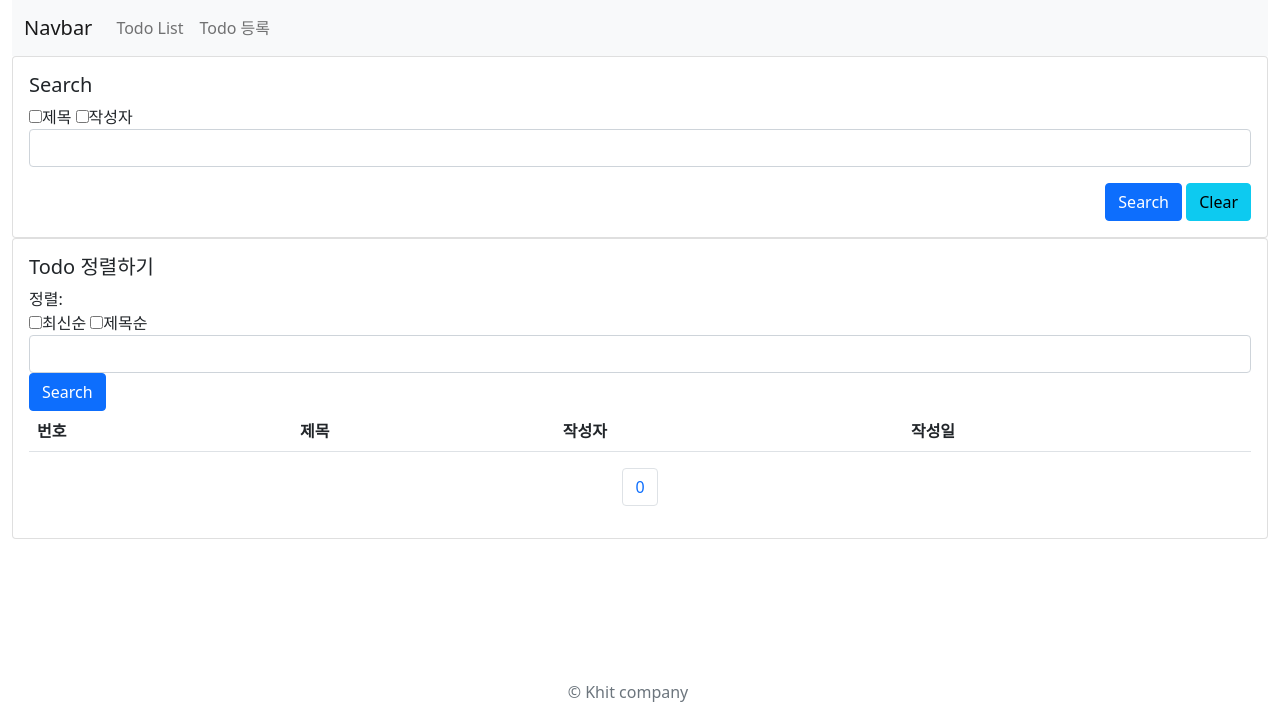
Repository: KyoungHwanJeong/springworks
Page: http://localhost/todoweb/WEB-INF/views/todo/list_sort.jsp
The author's editor kept a copy of each file at every save. The page is drawn from the files as they stood at one save, then again after the next save.
The browser window is 1280 px wide. The pictures show the whole page.
The page is served by Tomcat 9. Nobody is signed in. Other server files are loaded and not shown. The template is opened directly, without the code that normally fills it, so the values that code supplies are empty.

Above is the page before, as saved 2024-01-10 03:21:06.

### todoweb/src/main/webapp/WEB-INF/views/todo/list_sort.jsp
<%@ page language="java" contentType="text/html; charset=UTF-8"
    pageEncoding="UTF-8"%>
<%@ taglib uri="http://java.sun.com/jsp/jstl/core" prefix="c" %>
<%@ taglib uri="http://java.sun.com/jsp/jstl/fmt" prefix="fmt" %>

<!DOCTYPE html>
<html>
<head>
<meta charset="UTF-8">
<title>Todo 정렬하기</title>
</head>
<body>
	<div class="container-fluid">
		<jsp:include page="../layout/header.jsp" />
		<!-- 검색 영역 -->
		<div class="row content">
			<div class="col">
				<div class="card">
					<div class="card-body">
						<h5 class="card-title">Search</h5>
						<form action="/todo/paging" method="get">
							<div class="mb-3">
								<input type="checkbox" name="types" value="t">제목
								<input type="checkbox" name="types" value="w">작성자
								<input type="text" name="keyword" class="form-control">
							</div>
							<div class="mb-3">
								<div class="float-end">
									<button type="submit" class="btn btn-primary">Search</button>
									<button type="reset" class="btn btn-info">Clear</button>
								</div>
							</div>
						</form>
					</div>
				</div>
			</div>
		</div>

		<!-- 본문 영역 -->
		<div class="row content">
			<div class="col">
				<div class="card">
					<div class="card-body">
						<h5 class="card-title">Todo 정렬하기</h5>
							<form action="/todo/list_sort" method="get" class="list_sort">
								<div>
								<label>정렬: </label>
								<div>
								<input type="checkbox" name="sorts" value="recent">최신순
								<input type="checkbox" name="sorts" value="popular">제목순
								<input type="text" name="keyword2" class="form-control">
								</div>
								<div>
									<button type="submit" class="btn btn-primary">Search</button>

								</div>

								<!-- <select type="name" name="sort" class="sort">
									<option type="name" value="recent">최신순</option>
									<option type="name" value="popular">제목순</option>
								</select>
								<input type="submit" value="정렬하기"> -->
								</div>
							</form>
						<table class="table">
							<thead>
								<tr>
									<th>번호</th><th>제목</th><th>작성자</th><th>작성일</th>
								</tr>
							</thead>
							<tbody>
								<c:forEach items="${responseDTO.dtoList}" var="todo">
								<tr>
									<td>${todo.tno}</td>
									<td><a href="/todo?tno=${todo.tno}&page=${responseDTO.page}">${todo.title}</a></td>
									<td>${todo.writer}</td>
									<td><fmt:formatDate value="${todo.createdDate}" pattern="yyyy년  MM월 dd일 HH:mm:ss" /></td>
								</tr>
								</c:forEach>
							</tbody>

						</table>

						<!-- 페이징 처리 -->
						<div class ="d-flex justify-content-center">
							<ul class="pagination flex-wrap">
								<!-- 이전 페이지 -->
								<c:if test="${responseDTO.prev}">
									<li class="page-item">
										<a class="page-link" href="/todo/paging?page=${responseDTO.startPage-1}">Previous</a>
									</li>
								</c:if>

								<!-- 페이지 번호 -->
								<c:forEach var="num" begin="${responseDTO.startPage}" end="${responseDTO.endPage}">
									<li class="page-item ${responseDTO.page eq num ? 'active' : '' }" >
										<a href="/todo/paging?page=${num}" class="page-link">${num}</a>
									</li>
								</c:forEach>

								<!-- 다음 페이지 -->
								<c:if test="${responseDTO.next}">
									<li class="page-item">
										<a class="page-link" href="/todo/paging?page=${responseDTO.endPage+1}">Next</a>
									</li>
								</c:if>
							</ul>
						</div><!-- 페이징 처리 -->
					</div>
				</div>
			</div>
		</div>	<!-- 본문 영역 닫기 -->
		<jsp:include page="../layout/footer.jsp"></jsp:include>
	</div>
</body>
</html>

### todoweb/src/main/webapp/WEB-INF/views/layout/header.jsp
<%@ page language="java" contentType="text/html; charset=UTF-8"
    pageEncoding="UTF-8"%>
<%@ taglib uri="http://java.sun.com/jsp/jstl/core" prefix="c" %>
<link href="https://cdn.jsdelivr.net/npm/bootstrap@5.1.3/dist/css/bootstrap.min.css" rel="stylesheet" integrity="sha384-1BmE4kWBq78iYhFldvKuhfTAU6auU8tT94WrHftjDbrCEXSU1oBoqyl2QvZ6jIW3" crossorigin="anonymous">
<script src="https://cdn.jsdelivr.net/npm/bootstrap@5.1.3/dist/js/bootstrap.bundle.min.js" integrity="sha384-ka7Sk0Gln4gmtz2MlQnikT1wXgYsOg+OMhuP+IlRH9sENBO0LRn5q+8nbTov4+1p" crossorigin="anonymous"></script>
<header>
<nav class="navbar navbar-expand-lg navbar-light bg-light">
  <div class="container-fluid">
    <a class="navbar-brand" href="/">Navbar</a>
    <button class="navbar-toggler" type="button" data-bs-toggle="collapse" data-bs-target="#navbarSupportedContent" aria-controls="navbarSupportedContent" aria-expanded="false" aria-label="Toggle navigation">
      <span class="navbar-toggler-icon"></span>
    </button>
    <div class="collapse navbar-collapse" id="navbarSupportedContent">
      <ul class="navbar-nav me-auto mb-2 mb-lg-0">
        <li class="nav-item">
          <a class="nav-link" href="/todo/paging">Todo List</a>
        </li>
        <li class="nav-item">
          <a class="nav-link" href="/todo/register">Todo 등록</a>
        </li>
      </ul>
    </div>
  </div>
</nav>

</header>

### todoweb/src/main/webapp/WEB-INF/views/layout/footer.jsp
<%@ page language="java" contentType="text/html; charset=UTF-8"
    pageEncoding="UTF-8"%>
<div class="row footer">
	<div class="row fixed-bottom">
		<footer>
			<p class="text-center text-muted">&copy; Khit company</p>
		</footer>
	</div>
</div>

After the next save:
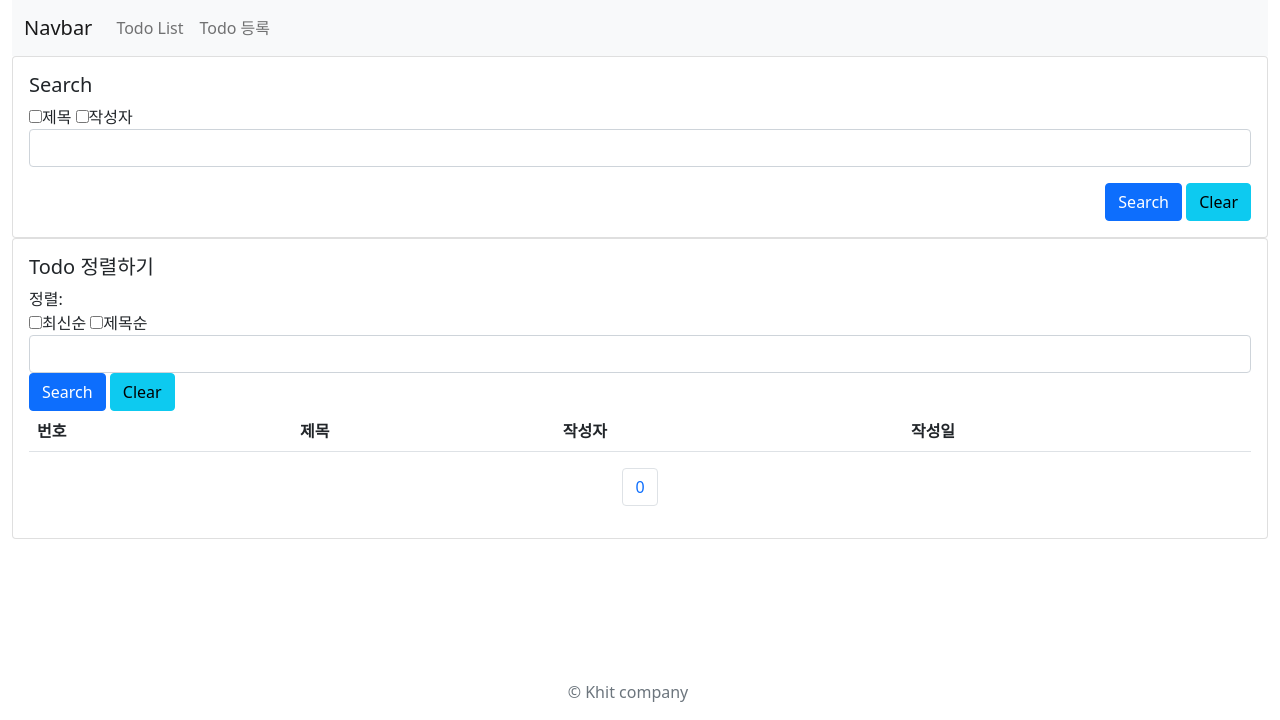
Saved 10 s later.
--- a/todoweb/src/main/webapp/WEB-INF/views/todo/list_sort.jsp
+++ b/todoweb/src/main/webapp/WEB-INF/views/todo/list_sort.jsp
@@ -52,7 +52,7 @@
 								</div>
 								<div>
 									<button type="submit" class="btn btn-primary">Search</button>
-
+									<button type="reset" class="btn btn-info">Clear</button>
 								</div>
 
 								<!-- <select type="name" name="sort" class="sort">
